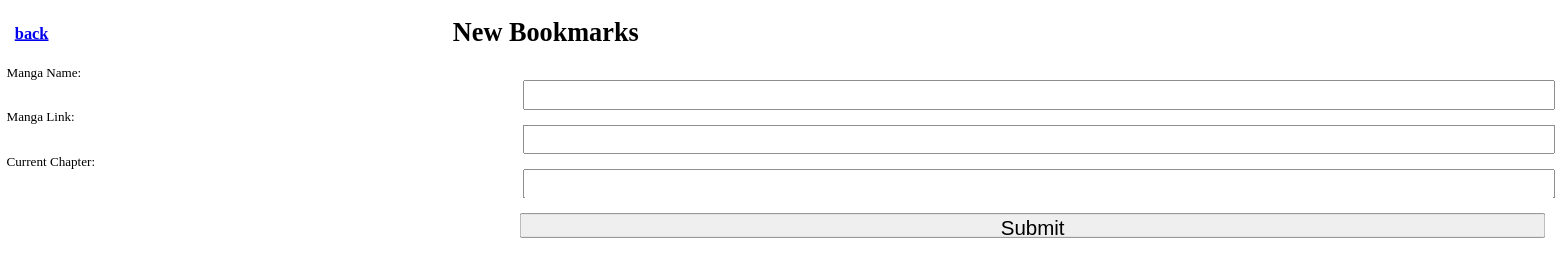
Repository: PA055/Manga-Bookmarks
Page: new.html
The author's editor kept a copy of each file at every save. The page is drawn from the files as they stood at one save, then again after the next save.
The browser window is 1280 px wide. The page is 1897 px wide, then 1280 px, so the pictures cover 1897 px, including what lies to the right of the window. The pictures show the whole page, at 82% of full size.

Above is the page before, as saved 2023-03-11 12:11:04.
Console error: ReferenceError: $ is not defined

After the next save:
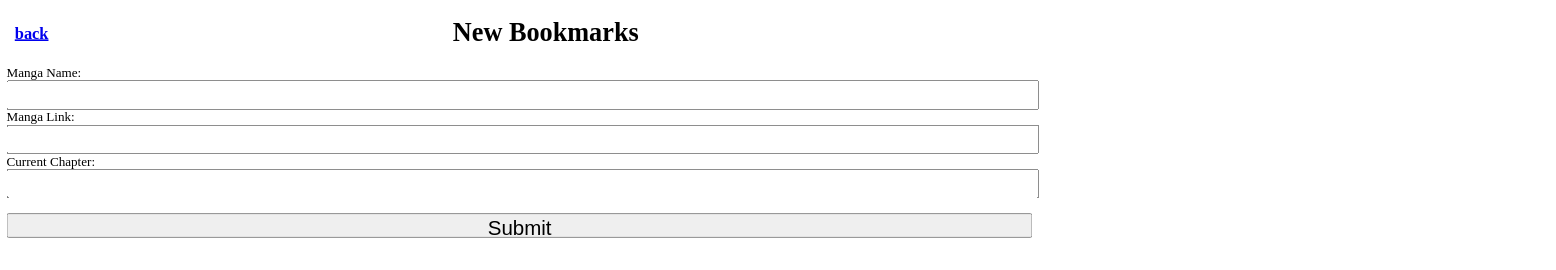
Saved 9 s later.
--- a/main.css
+++ b/main.css
@@ -31,11 +31,11 @@ h1 {
     height: 30px;
     font-size: 25px;
     margin: auto;
-    transform: translateX(50%);
-    -webkit-transform: translateX(50%);
-    -moz-transform: translateX(50%);
-    -ms-transform: translateX(50%);
-    -o-transform: translateX(50%);
+    transform: translateX(0);
+    -webkit-transform: translateX(0);
+    -moz-transform: translateX(0);
+    -ms-transform: translateX(0);
+    -o-transform: translateX(0);
 }
 
 
